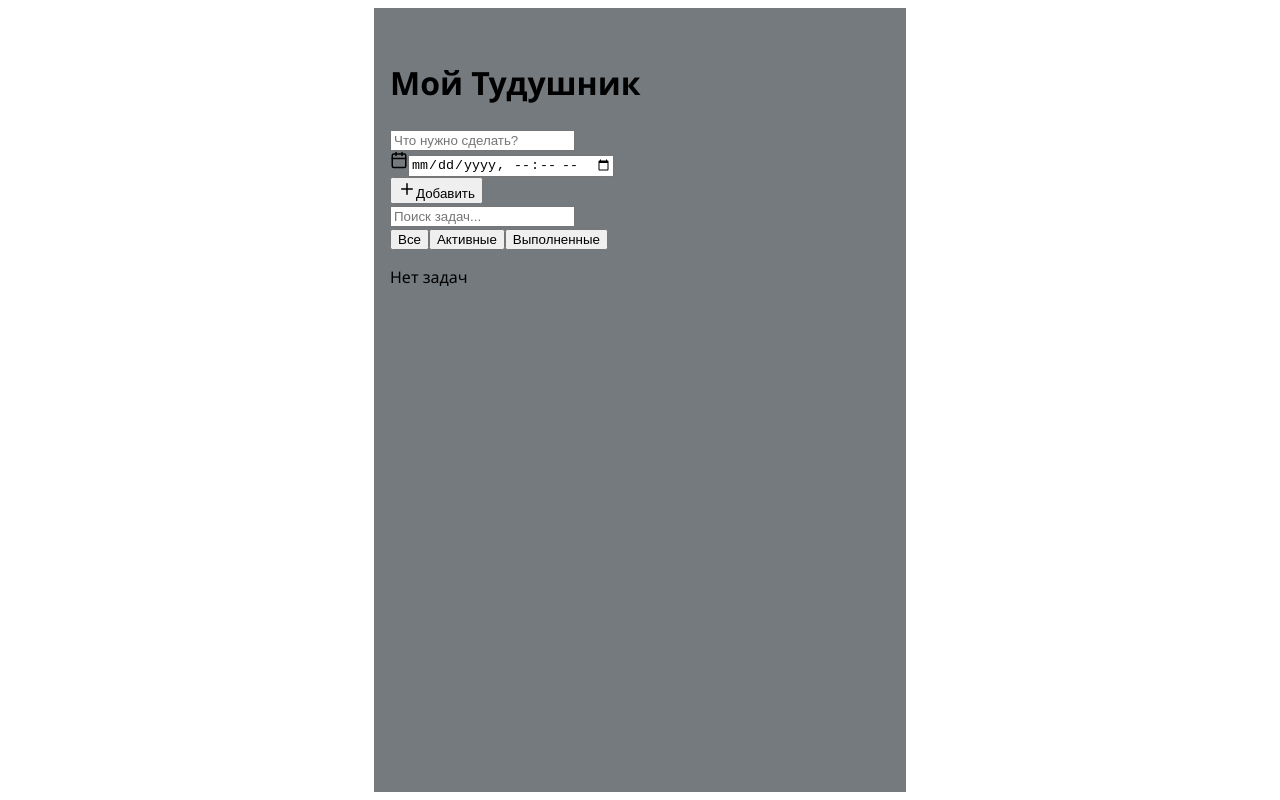
Repository: AlekCawka/-todo-project
Page: /
An editor plug-in stored every save of this project. The page is shown before and after a run of saves, followed by the edit.
The browser window is 1280 px wide. The pictures show the whole page.
The project was rebuilt for these pictures with package versions that can differ from the ones it lists, and the page was loaded fresh each time. Also part of the build but not shown: vite.config.js, src/components/TodoItem.jsx.

Above is the page before, as saved 2025-08-04 22:34:13.

### src/main.jsx
import React from 'react'
import ReactDOM from 'react-dom/client'
import App from './App.jsx'

ReactDOM.createRoot(document.getElementById('root')).render(
  <React.StrictMode>
    <App />
  </React.StrictMode>
)

### src/App.jsx
import React, { useState } from 'react';
import { useTodos } from './hooks/useTodos';
import { TodoForm } from './components/TodoForm';
import { TodoItem } from './components/TodoItem';
import { SearchBar } from './components/SearchBar';
import { FilterBar } from './components/FilterBar';

import './App.css';

function App() {
  const { todos, addTodo, deleteTodo, updateTodo, toggleCompleted } = useTodos();

  const [filter, setFilter] = useState('all');
  const [search, setSearch] = useState('');

  const normalize = (str) => str.trim().toLowerCase();

  const filteredTodos = todos.filter(todo => {

    if (filter === 'active' && todo.completed) return false;
    if (filter === 'completed' && !todo.completed) return false;

    if (!normalize(todo.text).includes(normalize(search))) return false;

    return true;
  });

  const handleEdit = (id) => {
    const currentTodo = todos.find(todo => todo.id === id);
    if (!currentTodo) return;

    const newText = prompt('Новое значение:', currentTodo.text);
    if (!newText || !newText.trim()) return;

    updateTodo(id, { text: newText.trim() });
  };

  return (
    <div className="container">
      <h1 className="title">Мой Тудушник</h1>

      <TodoForm onAdd={addTodo} />

      <SearchBar search={search} onSearchChange={setSearch} />

      <FilterBar activeFilter={filter} onChange={setFilter} />

      <div className="list">
        {filteredTodos.length === 0 ? (
          <p className="empty-msg">Нет задач</p>
        ) : (
          filteredTodos.map(todo => (
            <TodoItem
              key={todo.id}
              todo={todo}
              onDelete={deleteTodo}
              onToggle={toggleCompleted}
              onEdit={handleEdit}
            />
          ))
        )}
      </div>
    </div>
  );
}

export default App;

### src/hooks/useTodos.js
import { useState, useEffect } from 'react';
import { Trash2, Edit, Clock, Calendar, CheckSquare, Square } from 'lucide-react';

const generateId = () => crypto?.randomUUID?.() || `${Date.now()}-${Math.random()}`;

export const useTodos = () => {
    const [todos, setTodos] = useState([]);

    const normalize = (text) => text.trim().toLowerCase();

    useEffect(() => {
        const stored = localStorage.getItem('todos');
        if (stored) {
            setTodos(JSON.parse(stored));
        }
    }, []);

    useEffect(() => {
        localStorage.setItem('todos', JSON.stringify(todos));
    }, [todos]);

    const addTodo = (text, deadline = null) => {
        const trimmed = text.trim();

        if (!trimmed) return;

        const isDuplicate = todos.some(todo => normalize(todo.text) === normalize(text));

        if(isDuplicate) {
            return;
        }

        const newTodo = {
            id: generateId(),
            text: trimmed,
            completed: false,
            createdAt: new Date().toISOString(),
            deadline: deadline || null,
        };
        setTodos(prevTodos => [newTodo, ...prevTodos]);
    };

    const deleteTodo = (id) => {
        setTodos(prev => prev.filter(todo => todo.id !== id));
    };

    const updateTodo = (id, updates) => {
        setTodos(prev =>
            prev.map(todo =>
                todo.id === id ?
                    { ...todo, ...updates } : todo
            )
        );
    };

    const toggleCompleted = (id) => {
        setTodos(prev =>
            prev.map(todo =>
                todo.id === id ?
                    { ...todo, completed: !todo.completed } : todo
            )
        )
    }

    return {
        todos,
        addTodo,
        deleteTodo,
        updateTodo,
        toggleCompleted
    };
};

### src/components/TodoForm.jsx
import { useState } from 'react';
import { Plus, Calendar } from 'lucide-react';

export const TodoForm = ({ onAdd }) => {
    const [text, setText] = useState('');
    const [deadline, setDeadline] = useState('');

    const handleSubmit = (e) => {
        e.preventDefault();
        const trimmed = text.trim();

        if (!trimmed) {
            alert('Введите текст задачи');
            return;
        }

        onAdd(trimmed, deadline || null);
        setText('');
        setDeadline('');
    };

    return (
        <form onSubmit={handleSubmit} className="flex flex-col gap-4">
            <div>
                <input
                    type="text"
                    placeholder="Что нужно сделать?"
                    className="w-full px-4 py-2 border rounded-lg shadow-sm focus:outline-none focus:ring-2 focus:ring-blue-500"
                    value={text}
                    onChange={(e) => setText(e.target.value)}
                />
            </div>

            <div className="flex items-center gap-2">
                <Calendar size={18} className="text-gray-500" />
                <input
                    type="datetime-local"
                    className="px-2 py-1 border rounded"
                    value={deadline}
                    onChange={(e) => setDeadline(e.target.value)}
                />
            </div>

            <button
                type="submit"
                className="flex items-center justify-center gap-2 bg-blue-600 text-white px-4 py-2 rounded-lg hover:bg-blue-700 transition"
            >
                <Plus size={18} />
                Добавить
            </button>
        </form>
    );
};

### src/components/SearchBar.jsx
export const SearchBar = ({ value, onChange }) => {
    return (
        <input
            type="text"
            placeholder="Поиск задач..."
            value={value}
            onChange={(e) => onChange(e.target.value)}
            className="w-full px-4 py-2 border rounded-md shadow-sm focus:outline-none focus:ring focus:ring-blue-400 text-sm"
        />
    );
};

### src/components/FilterBar.jsx
export const FilterBar = ({ activeFilter, onChange }) => {
    const filters = [
        { label: 'Все', value: 'all' },
        { label: 'Активные', value: 'active' },
        { label: 'Выполненные', value: 'completed' },
    ];

    return (
        <div className="filter">
            {filters.map((f) => (
                <button
                    key={f.value}
                    className={`filter-btn ${activeFilter === f.value ? 'active' : ''}`}
                    onClick={() => onChange(f.value)}
                >
                    {f.label}
                </button>
            ))}
        </div>
    );
};

### src/App.css
.container {
    max-width: 500px;
    margin: 0 auto;
    padding: 32px 16px;
    font-family: 'Segoe UI', Tahoma, Geneva, Verdana, sans-serif;
    background-color: rgb(116, 122, 126);
    min-height: 100vh;
}

.title {
    font-size: 32px;
    font-weight: 700;
    margin-bottom: 1.5rem;
    /*
    margin-bottom: 1.5rem;
    text-align: center;
    color: #222; */
}

After the next 2 saves:
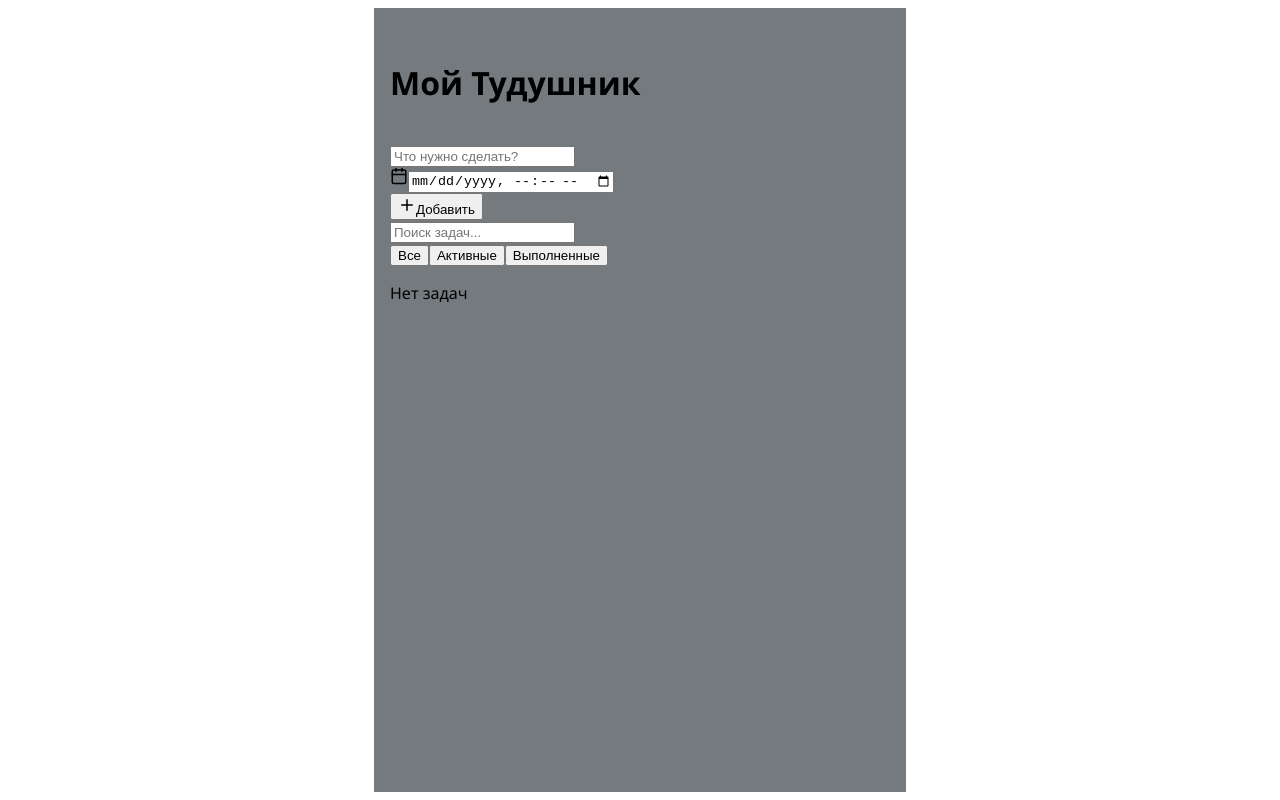
The 2 saves are shown as one change because they came seconds apart.
The last was saved 8 s later.
--- a/src/App.css
+++ b/src/App.css
@@ -10,7 +10,7 @@
 .title {
     font-size: 32px;
     font-weight: 700;
-    margin-bottom: 1.5rem;
+    margin-bottom: 40px;
     /*
     margin-bottom: 1.5rem;
     text-align: center;
